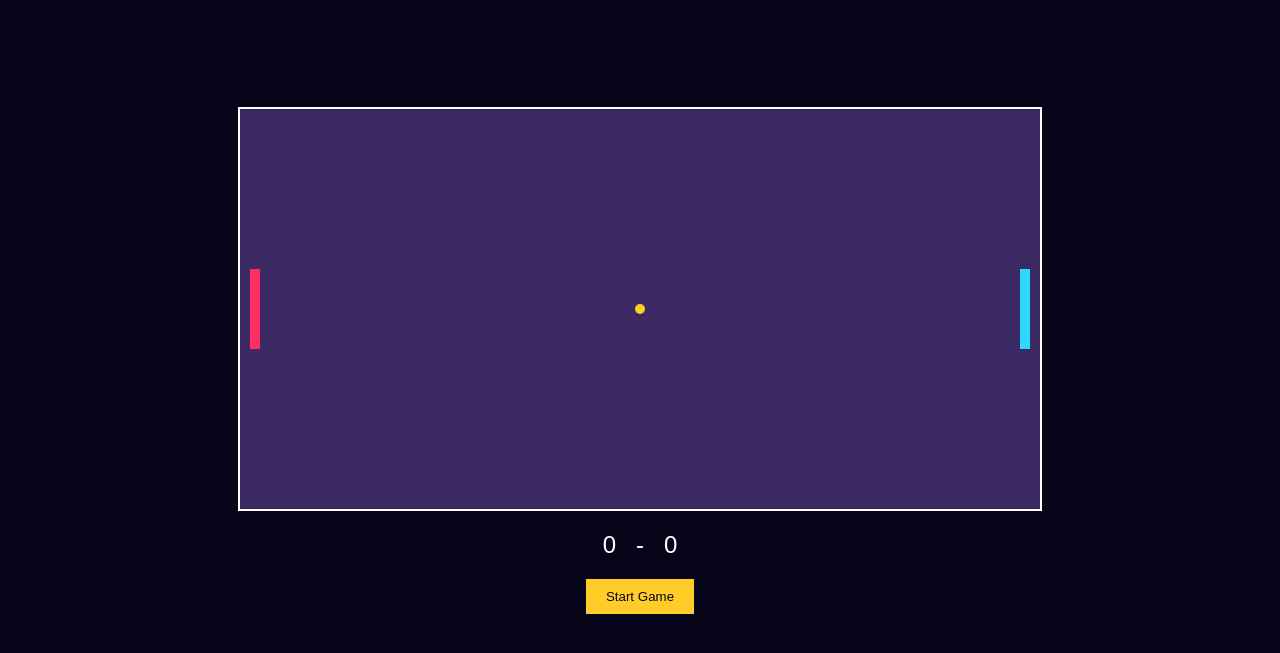
Repository: SiPilip/PingPong-basicJS
Page: index.html
An editor plug-in stored every save of this project. The page is shown before and after the next save, followed by the edit.
The browser window is 1280 px wide. The pictures show the whole page.
After loading, the first visible `#start-button` was clicked once.

Above is the page before, as saved 2023-05-30 11:19:32.
Console error: TypeError: Cannot read properties of null (reading 'addEventListener')

### index.html
<!DOCTYPE html>
<html>

<head>
    <title>Ping Pong Game</title>
    <link rel="stylesheet" type="text/css" href="style.css">
</head>

<body>
    <div class="loading-screen" id="loading-screen">
        <span class="loading-text">Loading...</span>
    </div>
    <div class="game-container">
        <div id="pong">
            <div id="paddleA"></div>
            <div id="paddleB"></div>
            <div id="ball"></div>
        </div>
        <div id="scoreboard">
            <span id="playerA-score">0</span>
            <span>-</span>
            <span id="playerB-score">0</span>
        </div>
        <button id="start-button" disabled>Start Game</button>
    </div>
    <script src="script.js"></script>
</body>

</html>

### style.css
body {
  background-color: #07051a;
  color: #fff;
  font-family: Arial, sans-serif;
  margin: 0;
  padding: 0;
  display: flex;
  justify-content: center;
  align-items: center;
  height: 100vh;
}

.loading-screen {
  position: absolute;
  top: 0;
  left: 0;
  width: 100%;
  height: 100%;
  background-color: #07051a;
  display: flex;
  justify-content: center;
  align-items: center;
  z-index: 9999;
}

.loading-text {
  color: #fff;
  font-size: 24px;
  font-weight: bold;
}

@keyframes fadeOut {
  0% {
    opacity: 1;
  }
  100% {
    opacity: 0;
  }
}

.game-container {
  display: flex;
  flex-direction: column;
  align-items: center;
}

#pong {
  position: relative;
  background-color: #3a2963;
  width: 800px;
  height: 400px;
  border: 2px solid #fff;
  display: flex;
  justify-content: center;
  align-items: center;
}

#paddleA,
#paddleB {
  position: absolute;
  width: 10px;
  height: 80px;
  background-color: #fff;
}

#paddleA {
  left: 10px;
  background-color: #ff2e63;
}

#paddleB {
  right: 10px;
  background-color: #2ed8ff;
}

#ball {
  position: absolute;
  background-color: #ffcc29;
  width: 10px;
  height: 10px;
  border-radius: 50%;
}

#start-button {
  background-color: #ffcc29;
  color: #07051a;
  border: none;
  padding: 10px 20px;
  margin-top: 20px;
  cursor: pointer;
}

#scoreboard {
  display: flex;
  justify-content: center;
  margin-top: 20px;
}

#scoreboard span {
  margin: 0 10px;
  font-size: 24px;
  color: #fff;
}

### script.js
document.addEventListener("DOMContentLoaded", () => {
  const pong = document.getElementById("pong");
  const paddleA = document.getElementById("paddleA");
  const paddleB = document.getElementById("paddleB");
  const ball = document.getElementById("ball");
  const startButton = document.getElementById("start-button");
  const playerNameInput = document.getElementById("player-name");
  const submitButton = document.getElementById("submit-button");
  const playerAScore = document.getElementById("playerA-score");
  const playerBScore = document.getElementById("playerB-score");
  const loadingScreen = document.getElementById("loading-screen");
  const nameInputContainer = document.getElementById("name-input");

  let paddleA_Y = 160;
  let paddleB_Y = 160;
  let ball_X = 390;
  let ball_Y = 190;
  let speed_X = 2;
  let speed_Y = 2;
  let playerAScoreValue = 0;
  let playerBScoreValue = 0;
  let isGameRunning = false;
  let playerName = "";

  function update() {
    paddleA.style.top = paddleA_Y + "px";
    paddleB.style.top = paddleB_Y + "px";

    ball_X += speed_X;
    ball_Y += speed_Y;
    ball.style.left = ball_X + "px";
    ball.style.top = ball_Y + "px";

    if (ball_Y > 385 || ball_Y < 0) {
      speed_Y *= -1;
    }

    if (ball_X <= 20 && ball_Y + 10 >= paddleA_Y && ball_Y <= paddleA_Y + 80) {
      speed_X *= -1;
    }

    if (ball_X >= 770 && ball_Y + 10 >= paddleB_Y && ball_Y <= paddleB_Y + 80) {
      speed_X *= -1;
    }

    if (ball_X <= 0) {
      playerBScoreValue++;
      resetGame();
    } else if (ball_X >= 790) {
      playerAScoreValue++;
      resetGame();
    }

    playerAScore.textContent = playerAScoreValue;
    playerBScore.textContent = playerBScoreValue;

    if (isGameRunning) {
      requestAnimationFrame(update);
    }
  }

  function resetGame() {
    ball_X = 390;
    ball_Y = 190;
    speed_X *= -1;
    paddleA_Y = 160;
    paddleB_Y = 160;

    isGameRunning = false;
    startButton.disabled = false;
    startButton.textContent = "Start Game";
  }

  function startGame() {
    if (playerName === "") {
      alert("Please enter your name.");
      return;
    }

    isGameRunning = true;
    startButton.disabled = true;
    startButton.textContent = "Game in Progress";
    update();
  }

  function movePaddleA(event) {
    const mouseY = event.clientY - pong.offsetTop;
    if (mouseY >= 0 && mouseY <= 320) {
      paddleA_Y = mouseY;
    }
  }

  function movePaddleB() {
    // Mengikuti gerakan bola dengan gerakan yang lebih alami
    const paddleCenter = paddleB_Y + 40;
    const ballCenter = ball_Y + 5;
    const distance = ballCenter - paddleCenter;

    if (Math.abs(distance) < 10) {
      return; // Jika sudah mendekati posisi bola, biarkan paddle tetap
    }

    let moveAmount = Math.min(4, Math.abs(distance) / 10);

    if (distance < 0) {
      paddleB_Y -= moveAmount;
    } else {
      paddleB_Y += moveAmount;
    }
  }

  function submitName() {
    playerName = playerNameInput.value.trim();
    if (playerName !== "") {
      playerNameInput.disabled = true;
      submitButton.disabled = true;
      nameInputContainer.style.display = "none";
    }
  }

  pong.addEventListener("mousemove", movePaddleA);

  setTimeout(() => {
    loadingScreen.style.animation = "fadeOut 1s forwards";
    loadingScreen.style.display = "none";
    startButton.disabled = false;
    startButton.textContent = "Start Game";
    playerNameInput.disabled = false;
    submitButton.disabled = false;
  }, 3000);

  startButton.addEventListener("click", startGame);
  submitButton.addEventListener("click", submitName);

  // Menggerakkan paddle B setiap 10ms
  setInterval(movePaddleB, 10);
});

After the next save:
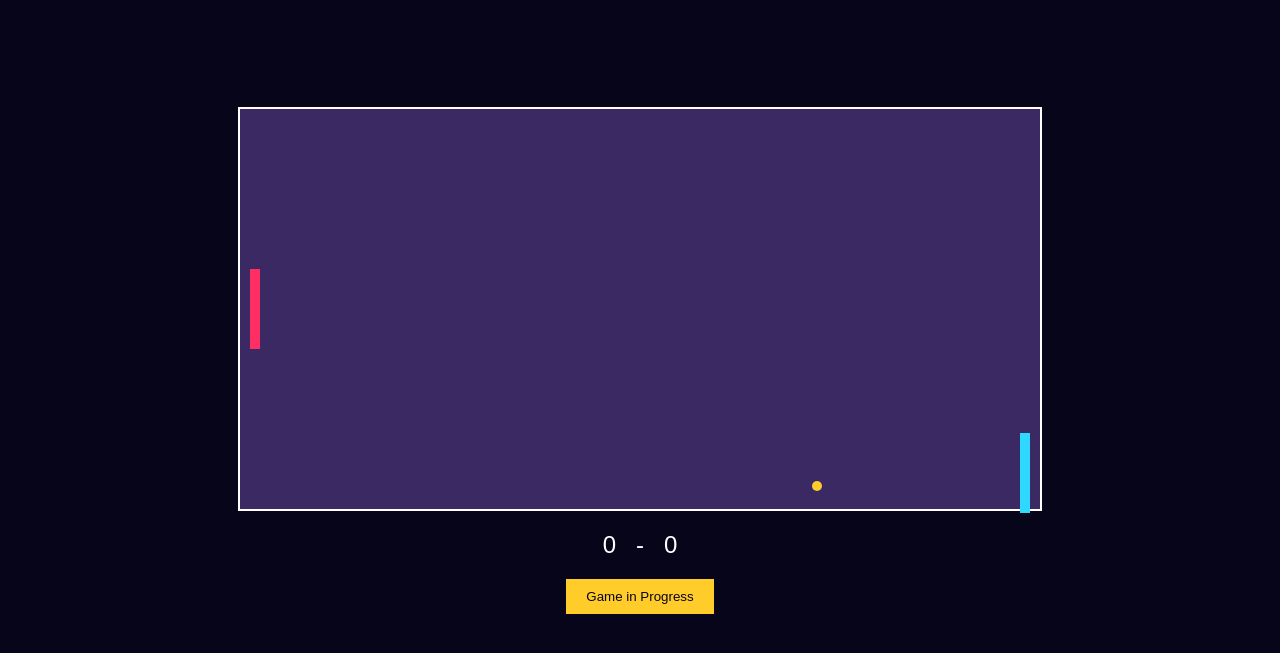
The error is gone.
Saved 22 s later.
--- a/script.js
+++ b/script.js
@@ -4,12 +4,9 @@ document.addEventListener("DOMContentLoaded", () => {
   const paddleB = document.getElementById("paddleB");
   const ball = document.getElementById("ball");
   const startButton = document.getElementById("start-button");
-  const playerNameInput = document.getElementById("player-name");
-  const submitButton = document.getElementById("submit-button");
   const playerAScore = document.getElementById("playerA-score");
   const playerBScore = document.getElementById("playerB-score");
   const loadingScreen = document.getElementById("loading-screen");
-  const nameInputContainer = document.getElementById("name-input");
 
   let paddleA_Y = 160;
   let paddleB_Y = 160;
@@ -20,7 +17,6 @@ document.addEventListener("DOMContentLoaded", () => {
   let playerAScoreValue = 0;
   let playerBScoreValue = 0;
   let isGameRunning = false;
-  let playerName = "";
 
   function update() {
     paddleA.style.top = paddleA_Y + "px";
@@ -72,11 +68,6 @@ document.addEventListener("DOMContentLoaded", () => {
   }
 
   function startGame() {
-    if (playerName === "") {
-      alert("Please enter your name.");
-      return;
-    }
-
     isGameRunning = true;
     startButton.disabled = true;
     startButton.textContent = "Game in Progress";
@@ -109,15 +100,6 @@ document.addEventListener("DOMContentLoaded", () => {
     }
   }
 
-  function submitName() {
-    playerName = playerNameInput.value.trim();
-    if (playerName !== "") {
-      playerNameInput.disabled = true;
-      submitButton.disabled = true;
-      nameInputContainer.style.display = "none";
-    }
-  }
-
   pong.addEventListener("mousemove", movePaddleA);
 
   setTimeout(() => {
@@ -125,12 +107,9 @@ document.addEventListener("DOMContentLoaded", () => {
     loadingScreen.style.display = "none";
     startButton.disabled = false;
     startButton.textContent = "Start Game";
-    playerNameInput.disabled = false;
-    submitButton.disabled = false;
   }, 3000);
 
   startButton.addEventListener("click", startGame);
-  submitButton.addEventListener("click", submitName);
 
   // Menggerakkan paddle B setiap 10ms
   setInterval(movePaddleB, 10);
